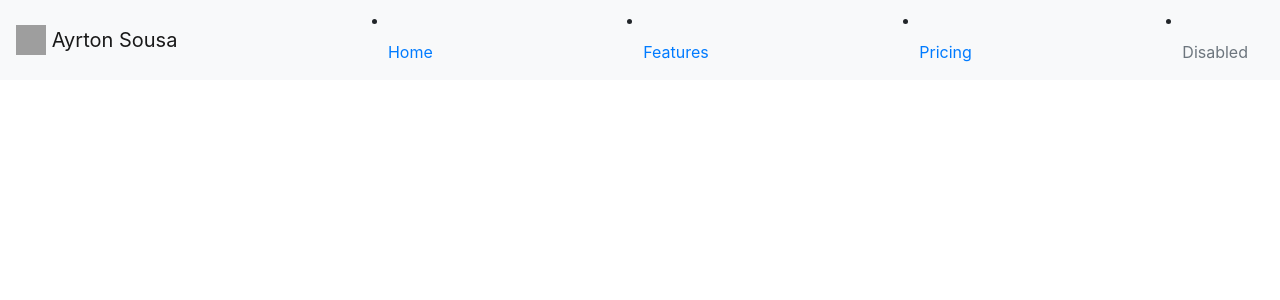
Repository: AyrtonSM/ayrtonsm.github.io
Page: website/index.html
These files come from the project's save history. The page is drawn as it stood at one moment and after the next save; the edit follows.
The browser window is 1280 px wide. The pictures show the whole page.
Pictures or frames that could not be fetched are drawn as grey boxes. Some web libraries are served in a nearby version.

Above is the page before, as saved 2019-07-23 09:03:04.

After the next save:
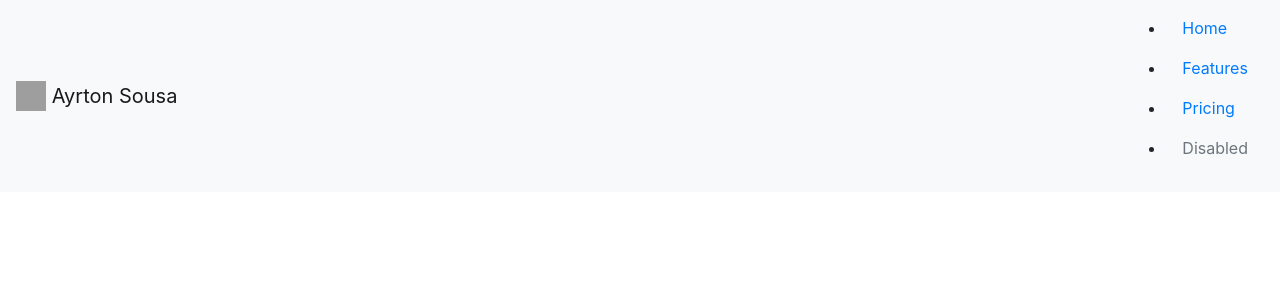
Saved 16 s later.
--- a/website/index.html
+++ b/website/index.html
@@ -17,7 +17,7 @@
             <img src="/docs/4.0/assets/brand/bootstrap-solid.svg" width="30" height="30" class="d-inline-block align-top" alt="">
             Ayrton Sousa
         </a>
-
+        <ul class="">
                 <li class="nav-item active">
                     <a class="nav-link" href="#">Home <span class="sr-only">(current)</span></a>
                 </li>
@@ -30,7 +30,7 @@
                 <li class="nav-item">
                     <a class="nav-link disabled" href="#">Disabled</a>
                 </li>
-
+        </ul>
 
     </nav>
 
